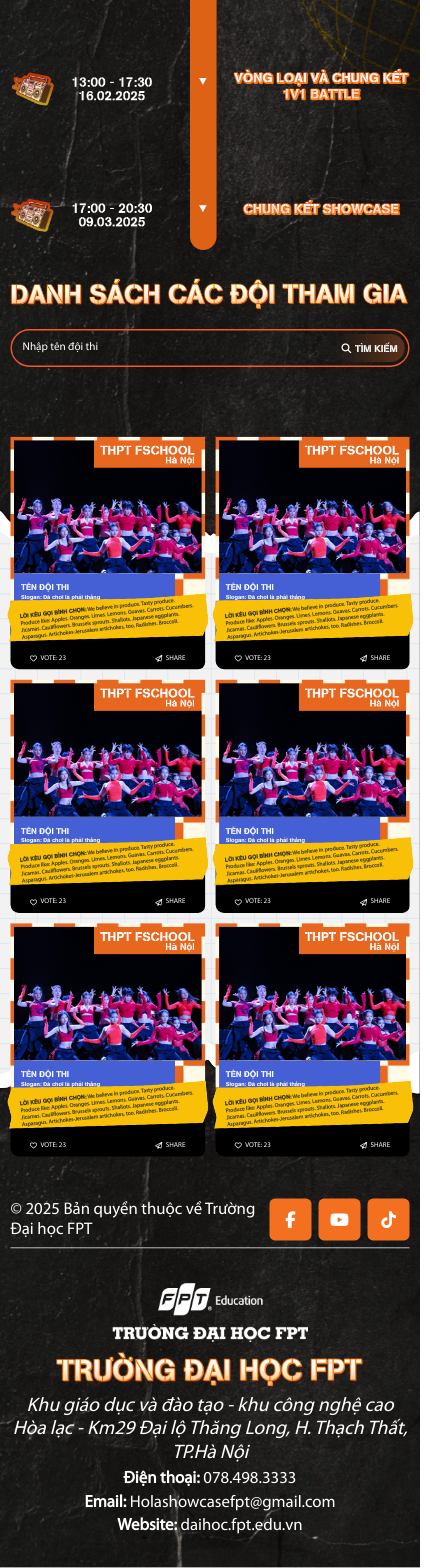
Repository: dinhtri123/hola_fpt
Page: index.html
The author's editor kept a copy of each file at every save. The page is drawn from the files as they stood at one save, then again after the next save.
The browser window is 600 px wide. The page is 614 px wide, so the pictures cover 614 px, including what lies to the right of the window. The pictures show the part of the page from y = 2863 to 5103 px (the page is 5103 px tall), at 70% of full size.

Above is the page before, as saved 2025-01-04 22:03:28.

### index.html
<!DOCTYPE html>
<html lang="en">

<head>
  <meta charset="UTF-8">
  <meta name="viewport" content="width=device-width, initial-scale=1.0">
  <title>Page 1</title>
  <link rel="stylesheet" href="styles.css">
  <link rel="stylesheet" href="https://cdnjs.cloudflare.com/ajax/libs/font-awesome/6.7.2/css/all.min.css"
    integrity="sha512-Evv84Mr4kqVGRNSgIGL/F/aIDqQb7xQ2vcrdIwxfjThSH8CSR7PBEakCr51Ck+w+/U6swU2Im1vVX0SVk9ABhg=="
    crossorigin="anonymous" referrerpolicy="no-referrer" />
</head>

<body>
  <section class="intro">
    <div class="intro-top">
      <img src="./images/banner-top.png" class="intro-bg md" alt="">
      <img src="./images/banner-top-mb.png" class="intro-bg sm" alt="">
      <div class="container">
        <div class="intro-inner">
          <a href="/" class="intro-logo">
            <img src="./images/logo.png" alt="">
          </a>
          <h2 class="intro-title">
            <img src="./images/intro-text.png" alt="">
          </h2>
          <img src="./images/intro-img.png" class="intro-img1 md" alt="">
          <img src="./images/intro-img-mb.png" class="intro-img1 sm" alt="">
          <h3 class="intro-title-small">
            <img src="./images/intro-text-small.png" alt="">
          </h3>
          <button class="intro-btn">bình chọn</button>
        </div>
      </div>
    </div>
    <div class="intro-bottom">
      <div class="container">
        <img src="./images/banner-bottom.png" class="intro-bg" alt="">
        <h2>
          <img src="./images/intro-title2.png" alt="">
        </h2>
        <img src="./images/intro-img2.png" alt="">
        <div class="intro-bottom-desc">
          <img src="./images/intro-bottom-img.png" alt="">
          <p>
            Trải qua 3 mùa giải ấn tượng, Hola Showcase đã khẳng định vị thế là sân chơi nhảy hàng đầu cho học sinh THPT
            phạm vi
            toàn quốc, thu hút hơn 1000 đơn đăng ký. Mùa 4 trở lại với chủ đề
            “Back to the old school”, đưa các bạn về thời kỳ hoàng kim của Hip-Hop cùng những vũ điệu
            “cool ngầu” và thử thách thú vị. Đặc biệt, vòng đấu 1v1 Battle hứa hẹn sẽ là điểm nhấn bùng nổ,
            nơi các dancer thể hiện kỹ năng và những bước nhảy uyển chuyển trên sân khấu!
            Hãy cùng chờ đón những điều thú vị sắp cập bến tại Hola Showcase 2025 các bạn nhé!
          </p>
        </div>
        <button class="intro-btn">Chi tiết cuộc thi</button>
      </div>
    </div>

  </section>
  <img src="./images/line.png" class="md" alt="">
  <img src="./images/line-mb.png" class="sm" alt="">
  <section class="reward">
    <img src="./images/reward-img.png" class="md" alt="">
    <img src="./images/reward-img-mb.png" class="sm" alt="">
  </section>
  <img src="./images/line.png" class="md" alt="">
  <img src="./images/line-mb.png" class="sm" alt="">
  <section class="time">
    <img src="./images/time-bg.png" class="time-bg md" alt="">
    <img src="./images/time-bg-mb.png" class="time-bg sm" alt="">
    <div class="container">
      <img src="./images/time-img.png" class="md" alt="">
      <img src="./images/time-img-mb.png" class="sm" alt="">
      <h2>
        <img src="./images/time-title2.png" alt="">
      </h2>
      <div class="time-search">
        <input type="search" name="search" id="search" placeholder="Nhập tên đội thi">
        <span>
          <i class="fa-solid fa-magnifying-glass"></i>
          Tìm kiếm
        </span>
      </div>
      <div class="news-list">
        <div class="news-item">
          <div class="news-item-top">
            <img src="./images/news-bg.png" class="news-item-bg" alt="">
            <div class="news-item-img">
              <img src="./images/news-img.png" alt="">
              <div class="news-top-content">
                <h3>Tên đội thi</h3>
                <p>Slogan: Đã chơi là phải thắng</p>
              </div>
            </div>
          </div>
          <div class="news-item-bottom">
            <div class="news-item-desc">
              <p><b>Lời kêu gọi bình chọn:</b> We believe in produce. Tasty produce. Produce like: Apples. Oranges.
                Limes. Lemons. Guavas. Carrots. Cucumbers. Jicamas. Cauliflowers. Brussels sprouts. Shallots. Japanese
                eggplants. Asparagus.
                Artichokes-Jerusalem artichokes, too. Radishes. Broccoli.</p>
            </div>
            <div class="news-item-action">
              <div class="vote">
                <i class="fa-regular fa-heart"></i>
                <span>VOTE: 23</span>
              </div>
              <div class="share">
                <i class="fa-regular fa-paper-plane"></i>
                SHARE
              </div>
            </div>
          </div>
        </div>
        <div class="news-item">
          <div class="news-item-top">
            <img src="./images/news-bg.png" class="news-item-bg" alt="">
            <div class="news-item-img">
              <img src="./images/news-img.png" alt="">
              <div class="news-top-content">
                <h3>Tên đội thi</h3>
                <p>Slogan: Đã chơi là phải thắng</p>
              </div>
            </div>
          </div>
          <div class="news-item-bottom">
            <div class="news-item-desc">
              <p><b>Lời kêu gọi bình chọn:</b> We believe in produce. Tasty produce. Produce like: Apples. Oranges.
                Limes. Lemons. Guavas. Carrots. Cucumbers. Jicamas. Cauliflowers. Brussels sprouts. Shallots. Japanese
                eggplants. Asparagus.
                Artichokes-Jerusalem artichokes, too. Radishes. Broccoli.</p>
            </div>
            <div class="news-item-action">
              <div class="vote">
                <i class="fa-regular fa-heart"></i>
                <span>VOTE: 23</span>
              </div>
              <div class="share">
                <i class="fa-regular fa-paper-plane"></i>
                SHARE
              </div>
            </div>
          </div>
        </div>
        <div class="news-item">
          <div class="news-item-top">
            <img src="./images/news-bg.png" class="news-item-bg" alt="">
            <div class="news-item-img">
              <img src="./images/news-img.png" alt="">
              <div class="news-top-content">
                <h3>Tên đội thi</h3>
                <p>Slogan: Đã chơi là phải thắng</p>
              </div>
            </div>
          </div>
          <div class="news-item-bottom">
            <div class="news-item-desc">
              <p><b>Lời kêu gọi bình chọn:</b> We believe in produce. Tasty produce. Produce like: Apples. Oranges.
                Limes. Lemons. Guavas. Carrots. Cucumbers. Jicamas. Cauliflowers. Brussels sprouts. Shallots. Japanese
                eggplants. Asparagus.
                Artichokes-Jerusalem artichokes, too. Radishes. Broccoli.</p>
            </div>
            <div class="news-item-action">
              <div class="vote">
                <i class="fa-regular fa-heart"></i>
                <span>VOTE: 23</span>
              </div>
              <div class="share">
                <i class="fa-regular fa-paper-plane"></i>
                SHARE
              </div>
            </div>
          </div>
        </div>
        <div class="news-item">
          <div class="news-item-top">
            <img src="./images/news-bg.png" class="news-item-bg" alt="">
            <div class="news-item-img">
              <img src="./images/news-img.png" alt="">
              <div class="news-top-content">
                <h3>Tên đội thi</h3>
                <p>Slogan: Đã chơi là phải thắng</p>
              </div>
            </div>
          </div>
          <div class="news-item-bottom">
            <div class="news-item-desc">
              <p><b>Lời kêu gọi bình chọn:</b> We believe in produce. Tasty produce. Produce like: Apples. Oranges.
                Limes. Lemons. Guavas. Carrots. Cucumbers. Jicamas. Cauliflowers. Brussels sprouts. Shallots. Japanese
                eggplants. Asparagus.
                Artichokes-Jerusalem artichokes, too. Radishes. Broccoli.</p>
            </div>
            <div class="news-item-action">
              <div class="vote">
                <i class="fa-regular fa-heart"></i>
                <span>VOTE: 23</span>
              </div>
              <div class="share">
                <i class="fa-regular fa-paper-plane"></i>
                SHARE
              </div>
            </div>
          </div>
        </div>
        <div class="news-item">
          <div class="news-item-top">
            <img src="./images/news-bg.png" class="news-item-bg" alt="">
            <div class="news-item-img">
              <img src="./images/news-img.png" alt="">
              <div class="news-top-content">
                <h3>Tên đội thi</h3>
                <p>Slogan: Đã chơi là phải thắng</p>
              </div>
            </div>
          </div>
          <div class="news-item-bottom">
            <div class="news-item-desc">
              <p><b>Lời kêu gọi bình chọn:</b> We believe in produce. Tasty produce. Produce like: Apples. Oranges.
                Limes. Lemons. Guavas. Carrots. Cucumbers. Jicamas. Cauliflowers. Brussels sprouts. Shallots. Japanese
                eggplants. Asparagus.
                Artichokes-Jerusalem artichokes, too. Radishes. Broccoli.</p>
            </div>
            <div class="news-item-action">
              <div class="vote">
                <i class="fa-regular fa-heart"></i>
                <span>VOTE: 23</span>
              </div>
              <div class="share">
                <i class="fa-regular fa-paper-plane"></i>
                SHARE
              </div>
            </div>
          </div>
        </div>
        <div class="news-item">
          <div class="news-item-top">
            <img src="./images/news-bg.png" class="news-item-bg" alt="">
            <div class="news-item-img">
              <img src="./images/news-img.png" alt="">
              <div class="news-top-content">
                <h3>Tên đội thi</h3>
                <p>Slogan: Đã chơi là phải thắng</p>
              </div>
            </div>
          </div>
          <div class="news-item-bottom">
            <div class="news-item-desc">
              <p><b>Lời kêu gọi bình chọn:</b> We believe in produce. Tasty produce. Produce like: Apples. Oranges.
                Limes. Lemons. Guavas. Carrots. Cucumbers. Jicamas. Cauliflowers. Brussels sprouts. Shallots. Japanese
                eggplants. Asparagus.
                Artichokes-Jerusalem artichokes, too. Radishes. Broccoli.</p>
            </div>
            <div class="news-item-action">
              <div class="vote">
                <i class="fa-regular fa-heart"></i>
                <span>VOTE: 23</span>
              </div>
              <div class="share">
                <i class="fa-regular fa-paper-plane"></i>
                SHARE
              </div>
            </div>
          </div>
        </div>
      </div>
      <div class="footer">
        <div class="footer-top">
          <p>© 2025 Bản quyền thuộc về Trường Đại học FPT</p>
          <div class="footer-social">
            <a href="">
              <i class="fa-brands fa-facebook-f"></i>
            </a>
            <a href="">
              <i class="fa-brands fa-youtube"></i>
            </a>
            <a href="">
              <i class="fa-brands fa-tiktok"></i>
            </a>
          </div>
        </div>
        <div class="footer-main">
          <a href="/" class="footer-logo">
            <img src="./images/logo.png" alt="">
          </a>
          <h3>
            <img src="./images/text-footer.png" alt="">
          </h3>
          <address>Khu giáo dục và đào tạo - khu công nghệ cao Hòa lạc - Km29 Đại lộ Thăng Long, H. Thạch Thất, TP.Hà
            Nội</address>
          <a href="tel:0784983333"><b>Điện thoại:</b> 078.498.3333</a>
          <a href="mailto: Holashowcasefpt@gmail.com"><b>Email:</b> Holashowcasefpt@gmail.com</a>
          <a href="https://daihoc.fpt.edu.vn/"><b>Website:</b> daihoc.fpt.edu.vn</a>
        </div>
      </div>
    </div>
  </section>
</body>

</html>

### styles.css
@font-face {
  font-family: "Myriad Pro";
  src: url("./fonts/MYRIADPRO-REGULAR.ttf") format("truetype");
}
@font-face {
  font-family: "SFUAGBuchStencilBQMedium";
  src: url("./fonts/SFUAGBuchStencilBQMedium.ttf") format("truetype");
  font-weight: normal;
  font-style: normal;
}
:root {
  --font-primary: "SFUAGBuchStencilBQMedium", sans-serif;
  --font-secondary: "Myriad Pro", sans-serif;
  --cl-white: #fff;
}
* {
  box-sizing: border-box;
  padding: 0;
  margin: 0;
}
body {
  font-family: var(--font-primary);
  font-size: 16px;
  font-weight: 400;
}
.container {
  max-width: 1630px;
  padding-left: 15px;
  padding-right: 15px;
  margin: 0px auto;
}
.sm {
  display: none !important;
}
.md {
  display: flex !important;
}
img {
  max-width: 100%;
  height: auto;
  object-fit: cover;
}
.intro > div {
  position: relative;
}
.intro-top {
  z-index: 1;
}
.intro-bg {
  position: absolute;
  width: 100%;
  height: 100%;
  top: 0;
  left: 0;
  z-index: -1;
  object-position: bottom;
}
.intro-inner {
  padding-top: 50px;
  text-align: center;
  z-index: 1;
}
.intro-logo {
  max-width: 280px;
}
.intro-title {
  margin-top: 30px;
}
.intro-title-small {
  margin-top: -60px;
  z-index: -1;
  position: relative;
}
.intro-btn {
  background: linear-gradient(to right, #e24103, #e66715);
  border-radius: 50px;
  border: 2px solid var(--cl-white);
  font-size: 54px;
  padding: 10px 100px 15px;
  color: var(--cl-white);
  text-transform: uppercase;
  font-family: var(--font-primary);
  line-height: 1;
  width: max-content;
  min-height: 80px;
  transform: translateY(30px);
}
.intro-bottom {
  padding-top: 180px;
  margin-top: -80px;
  text-align: center;
  padding-bottom: 100px;
}
.intro-bottom-desc {
  position: relative;
  padding: 220px 120px;
}
.intro-bottom-desc img {
  position: absolute;
  top: 0;
  left: 0;
  width: 100%;
  height: 100%;
  z-index: -1;
  object-fit: contain;
}
.intro-bottom-desc p {
  padding: 100px 50px;
  background: rgba(0, 0, 0, 0.5);
  color: var(--cl-white);
  font-family: var(--font-secondary);
  font-size: 30px;
  line-height: 1.4;
}
.intro-bottom .intro-btn {
  margin-top: -50px;
  transform: translateY(-40px);
}
/* reward */
.reward {
  position: relative;
}
.reward-bg {
  position: absolute;
  top: 0;
  left: 0;
  width: 100%;
  height: 100%;
}
.reward-inner {
  padding: 100px 0px;
  position: relative;
}
.time {
  position: relative;
  padding: 100px 0px 40px;
}
.time-bg {
  position: absolute;
  top: 0;
  left: 0;
  width: 100%;
  height: 100%;
  z-index: -1;
  object-position: bottom;
}
.time h2 {
  text-align: center;
  margin-top: 80px;
  margin-bottom: 50px;
}
.time-search {
  max-width: 80%;
  width: 100%;
  position: relative;
  min-height: 70px;
  padding: 10px;
  display: flex;
  align-items: center;
  border: 2px solid #f15a24;
  border-radius: 50px;
  margin: 0px auto;
}
.time-search input {
  flex: 1;
  width: 100%;
  height: 100%;
  background: transparent;
  border: none;
  outline: none;
  min-height: inherit;
  padding: 5px 20px;
  font-family: var(--font-secondary);
  font-size: 30px;
  color: var(--cl-white);
}
.time-search input::placeholder {
  color: var(--cl-white);
}
.time-search span {
  display: flex;
  width: max-content;
  height: 100%;
  background: linear-gradient(to right, transparent, #5e321a);
  align-items: center;
  min-height: inherit;
  padding: 5px 30px;
  text-transform: uppercase;
  color: var(--cl-white);
  font-size: 30px;
  border-radius: 50px;
  cursor: pointer;
}
.footer {
  margin-top: 100px;
}
.footer-top {
  display: flex;
  justify-content: space-between;
  align-items: flex-end;
  border-bottom: 1px solid var(--cl-white);
  padding: 10px 0px;
}
.footer-top p {
  font-family: var(--font-secondary);
  font-size: 24px;
  color: var(--cl-white);
}
.footer-social {
  display: flex;
  gap: 10px;
  align-items: center;
}
.footer-social a {
  width: 60px;
  height: 60px;
  border-radius: 8px;
  background-color: #f37021;
  color: var(--cl-white);
  display: flex;
  align-items: center;
  justify-content: center;
  text-decoration: none;
}
.footer-social a i {
  font-size: 24px;
}
.footer-main {
  margin-top: 50px;
  text-align: center;
  color: var(--cl-white);
  font-family: var(--font-secondary);
}
.footer-logo {
  margin-bottom: 20px;
  display: block;
}
.footer address {
  font-size: 28px;
  margin-bottom: 5px;
}
.footer-main a {
  display: block;
  text-align: center;
  color: var(--cl-white);
  text-decoration: none;
  font-size: 24px;
  margin: 0px auto 5px;
  width: fit-content;
}
.news-list {
  display: grid;
  grid-template-columns: repeat(3, 1fr);
  justify-content: space-between;
  margin-top: 100px;
  gap: 50px;
  padding-bottom: 50px;
}
.news-item {
  max-width: 460px;
}
.news-item-top {
  position: relative;
  padding: 52px;
}
.news-item-bg {
  position: absolute;
  z-index: -1;
  top: 0;
  left: 0;
  width: 100%;
}
.news-top-content {
  background-color: #4460d4;
  color: var(--cl-white);
  padding: 18px;
  width: 86%;
  transform: translateY(-4px);
}
.news-top-content h3 {
  font-size: 32px;
  text-transform: uppercase;
  font-weight: 500;
}
.news-top-content p {
  font-size: 16px;
  font-weight: 500;
}
.news-item-bottom {
  background: #000;
  margin-top: -5px;
  color: var(--cl-white);
  border-bottom-left-radius: 12px;
  border-bottom-right-radius: 10px;
}
.news-item-desc {
  position: relative;
  transform: translateY(-25px);
}
.news-item-desc::before {
  content: "";
  position: absolute;
  top: 0;
  left: 0;
  background-image: url("./images/news-img2.png");
  background-repeat: no-repeat;
  width: 100%;
  height: 100%;
  background-size: 100% 100%;
  transform: scaleX(1.03) scaleY(1.5);
}
.news-item-desc p {
  max-width: 80%;
  margin: 0px auto;
  z-index: 1;
  font-size: 12px;
  position: relative;
  padding: 5px 0px;
  transform: rotate(-4deg);
  font-weight: 600;
  font-family: var(--font-secondary);
  color: #3b382b;
}
.news-item-desc p b {
  font-family: var(--font-primary);
  text-transform: uppercase;
}
.news-item-action {
  display: flex;
  justify-content: space-between;
  align-items: center;
  max-width: 80%;
  margin: 0px auto;
  padding: 10px 0px;
  font-size: 20px;
  font-family: var(--font-secondary);
}
.news-item-action > div {
  display: flex;
  gap: 5px;
  align-items: center;
  cursor: pointer;
}
.news-item-action > div i {
  font-size: 22px;
}
@media screen and (max-width: 1280px) {
  .news-list {
    grid-template-columns: repeat(2, 1fr);
  }
}
@media screen and (max-width: 1024px) {
  .intro-bottom-desc {
    padding: 100px 20px;
  }
  .intro-bottom-desc p {
    padding: 50px;
  }
  .news-top-content h3 {
    font-size: 20px;
  }
  .news-item-top {
    padding: 40px;
  }
  .news-list {
    gap: 40px;
  }
  .footer {
    margin: 0;
  }
}
@media screen and (max-width: 767px) {
  .sm {
    display: flex !important;
  }
  .md {
    display: none !important;
  }
  .intro-btn {
    padding: 10px 20px;
    min-height: auto;
    font-size: 16px;
  }
  .intro-bottom-desc p {
    padding: 20px;
    font-size: 16px;
  }
  .intro-logo {
    max-width: 120px;
    margin: 0px auto;
    display: flex;
  }
  .intro-inner .intro-bg {
    object-position: top;
    object-fit: fill;
  }
  .intro-inner {
    padding-top: 40px;
  }
  .intro-title-small {
    display: none;
  }
  .intro-inner .intro-btn {
    transform: translateY(20px);
  }
  .intro-title {
    max-width: 90%;
    margin: 30px auto 0px;
  }
  .intro-bottom {
    padding-top: 130px;
  }
  .intro-bottom > div > img:nth-child(3) {
    max-width: 80%;
  }
  .intro-bottom-desc {
    padding: 0px;
  }
  .intro-bottom-desc img {
    transform: scale(1.1);
  }
  .intro-bottom .intro-btn {
    margin-top: 10px;
    transform: translateY(0px);
  }
  .time {
    padding: 40px 0px;
  }
  .time h2 {
    margin: 40px 0px 20px;
  }
  .time-search {
    max-width: 100%;
    min-height: 40px;
    padding: 5px;
  }
  .time-search input {
    font-size: 16px;
  }
  .time-search span {
    font-size: 14px;
    padding: 5px 10px;
    gap: 5px;
  }
  .time-search input {
    font-size: 16px;
    padding: 0px 10px;
  }
  .news-list {
    gap: 15px;
  }
  .news-item-top {
    padding: 5px;
  }
  .news-top-content {
    padding: 10px;
  }
  .news-top-content h3 {
    font-size: 12px;
  }
  .news-top-content p {
    font-size: 8px;
    font-weight: 500;
  }
  .news-item-desc p {
    font-size: 8px;
    max-width: 90%;
    transform: rotate(-8deg);
  }
  .news-item-action,
  .news-item-action > div i {
    font-size: 10px;
  }
  .news-item-bg {
    height: 100%;
  }
  .news-item-desc {
    transform: translateY(-15px) rotate(2deg);
  }
  .news-list {
    position: relative;
  }
  .news-list::before {
    content: "";
    position: absolute;
    top: 100px;
    left: -15px;
    background-image: url(./images/news-list-bg.png);
    background-repeat: no-repeat;
    background-size: 100%;
    width: calc(100% + 30px);
    height: 100%;
    z-index: -1;
  }
}

After the next save:
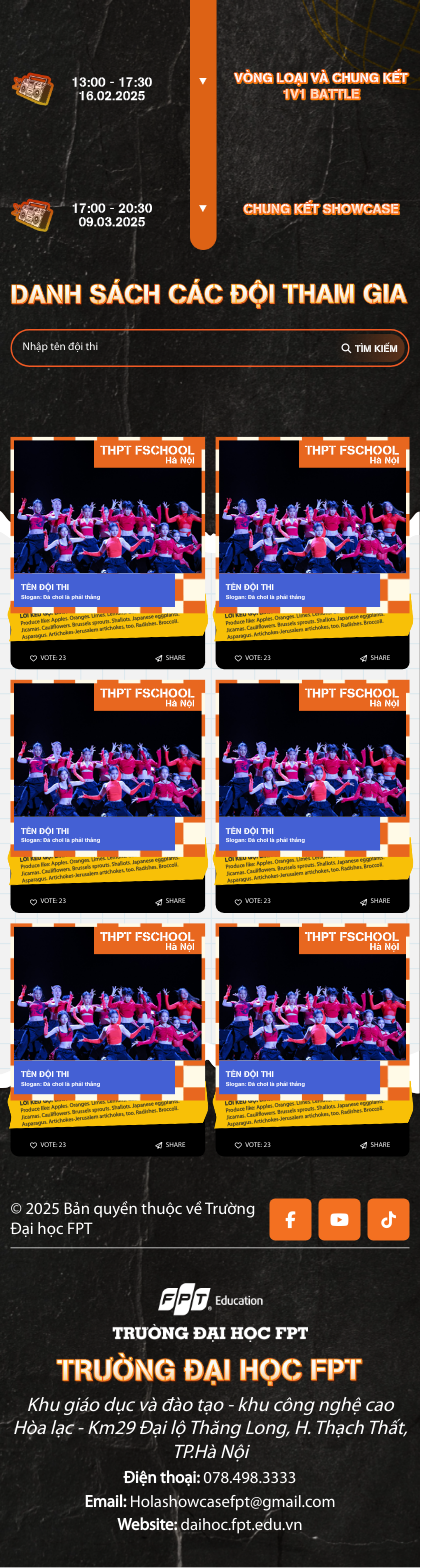
Saved 22 s later.
--- a/styles.css
+++ b/styles.css
@@ -451,6 +451,8 @@
   }
   .news-item-top {
     padding: 5px;
+    position: relative;
+    z-index: 1;
   }
   .news-top-content {
     padding: 10px;

After the save that followed:
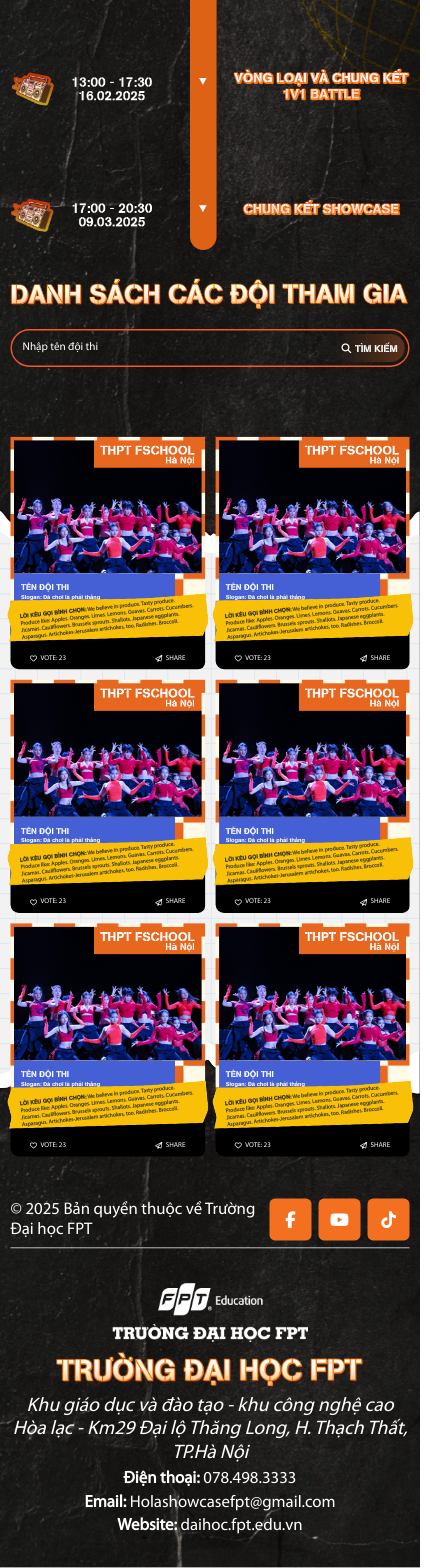
Saved 9 s later.
--- a/styles.css
+++ b/styles.css
@@ -451,8 +451,6 @@
   }
   .news-item-top {
     padding: 5px;
-    position: relative;
-    z-index: 1;
   }
   .news-top-content {
     padding: 10px;
